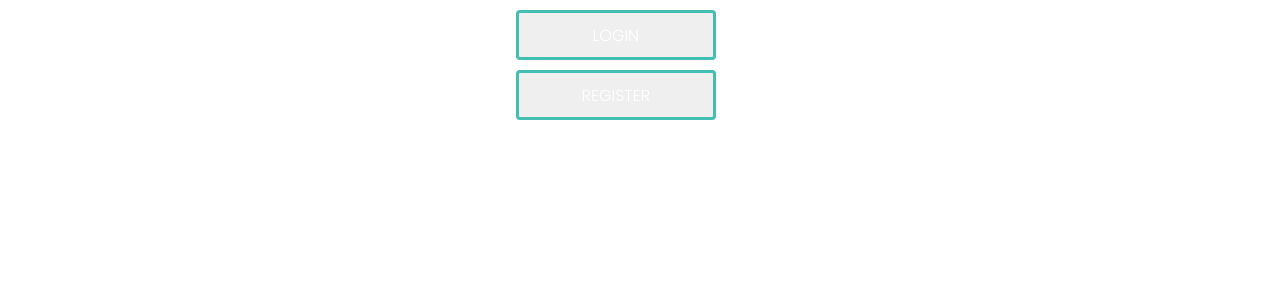
Repository: vu9ar/vu9ar.github.io
Page: WelcomePage/welcome.html
These files come from the project's save history. The page is drawn as it stood at one moment and after the next save; the edit follows.
The browser window is 1280 px wide. The pictures show the whole page.

Above is the page before, as saved 2022-03-27 19:19:04.

### WelcomePage/welcome.html
<!DOCTYPE html>
<html>

<head>
    <meta charset="UTF-8">
    <link rel="stylesheet" href="style.css">
    <link rel="preconnect" href="https://fonts.gstatic.com" crossorigin>
    <link href="https://fonts.googleapis.com/css2?family=Poppins:wght@300&display=swap" rel="stylesheet">
    <link href="https://fonts.googleapis.com/css2?family=Poppins:wght@600&display=swap" rel="stylesheet">
    <meta name="viewport" content="width-device-width, initial-scale=1.0">
    <title>TMHL</title>
</head>


<body>

    <div class="intro">
        <h1 class="logo-header">
            <span class="Logo">Mar</span> <span class="Logo">ginal</span>
        </h1>
    </div>

    <form action="../loginRegister/loginForVerified.html">
        <button class="button">LOGIN</button>
    </form>

    <form action="/loginRegister/guestToVerifiedRegister.html">
        <button class="button">REGISTER</button>
    </form>
    <script src="app.js"></script>

</body>


</html>

### WelcomePage/style.css
* {
    margin: 0;
    padding: 0;
    box-sizing: border-box;
    font-family: 'Poppins', sans-serif;
}


/* Splash */

.intro {
    position: fixed;
    z-index: 1;
    left: 0;
    right: 0;
    width: 100%;
    height: 100vh;
    background-color: #161616;
    transition: 1s;
}

.logo-header {
    position: absolute;
    top: 40%;
    left: 50%;
    transform: translate(-50%, -50%);
    color: #ffffff;
}

.Logo {
    position: relative;
    display: inline-block;
    /*left: 0;*/
    bottom: -20px;
    opacity: 0;
}

.Logo.active {
    bottom: 0;
    opacity: 1;
    transition: ease-in-out 0.5s;
}

.Logo.fade {
    bottom: 150px;
    opacity: 0;
    transition: ease-in-out 0.5;
}

.button {
    width: 200px;
    height: 50px;
    left: 40.3%;
    margin-top: 10px;
    bottom: 50%;
    border: none;
    color: white;
    border-radius: 4px;
    transition: ease-out 0.3s;
    font-size: 1rem;
    outline: none;
    border: 3px solid #42BFB2;
    position: relative;
    z-index: 1;
}

.button:hover {
    color: #ffffff;
    cursor: pointer;
}

.button:before {
    transition: 0.5s all ease;
    position: absolute;
    top: 0;
    left: 50%;
    right: 50%;
    bottom: 0;
    opacity: 0;
    content: "";
    background-color: #42BFB2;
}

.button:hover:before {
    transition: 0.5s all ease;
    left: 0;
    right: 0;
    opacity: 1;
    z-index: -1;
}

### WelcomePage/app.js
let intro = document.querySelector('.intro');
let logo = document.querySelector('.logo-header');
let logoSpan = document.querySelectorAll('.Logo');
let button = document.querySelectorAll('.button');

window.addEventListener('DOMContentLoaded', () => {

    setTimeout(() => {

        logoSpan.forEach((span, idx) => {
            setTimeout(() => {
                span.classList.add('active');
            }, (idx + 1) * 400);
        });

        setTimeout(() => {
            logoSpan.forEach((span, idx) => {

                setTimeout(() => {
                    span.classList.remove('active');
                    span.classList.add('fade');
                }, (idx + 1) * 50);
            })
        }, 2000);


        setTimeout(() => {
            intro.style.top = '-100vh';
        }, 2300);

        button.forEach((span, idx) => {
            setTimeout(() => {
                span.classList.add('hover');
            }, (idx + 1) * 400);
        });

        setTimeout(() => {
            button.forEach((span, idx) => {

                setTimeout(() => {
                    span.classList.remove('active');
                    span.classList.add('fade');
                }, (idx + 1) * 50);
            })
        }, 2000);


        setTimeout(() => {
            intro.style.top = '-100vh';
        }, 2300);

    });
});

After the next save:
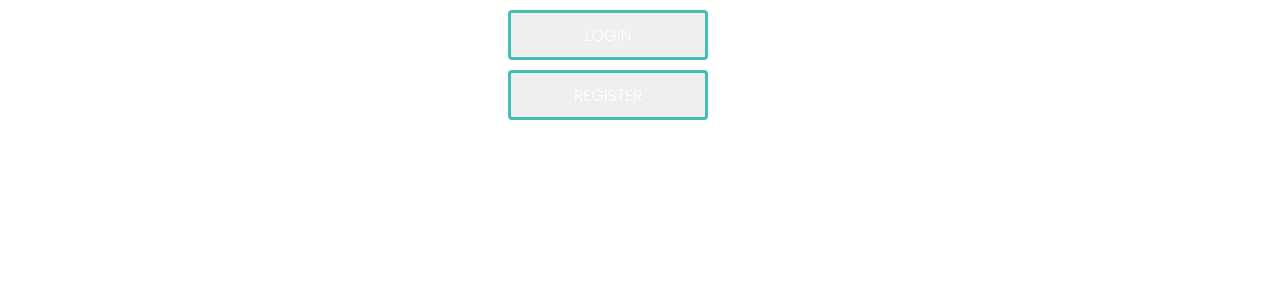
Saved 8 s later.
--- a/WelcomePage/style.css
+++ b/WelcomePage/style.css
@@ -50,7 +50,7 @@
 .button {
     width: 200px;
     height: 50px;
-    left: 40.3%;
+    left: 39.7%;
     margin-top: 10px;
     bottom: 50%;
     border: none;
